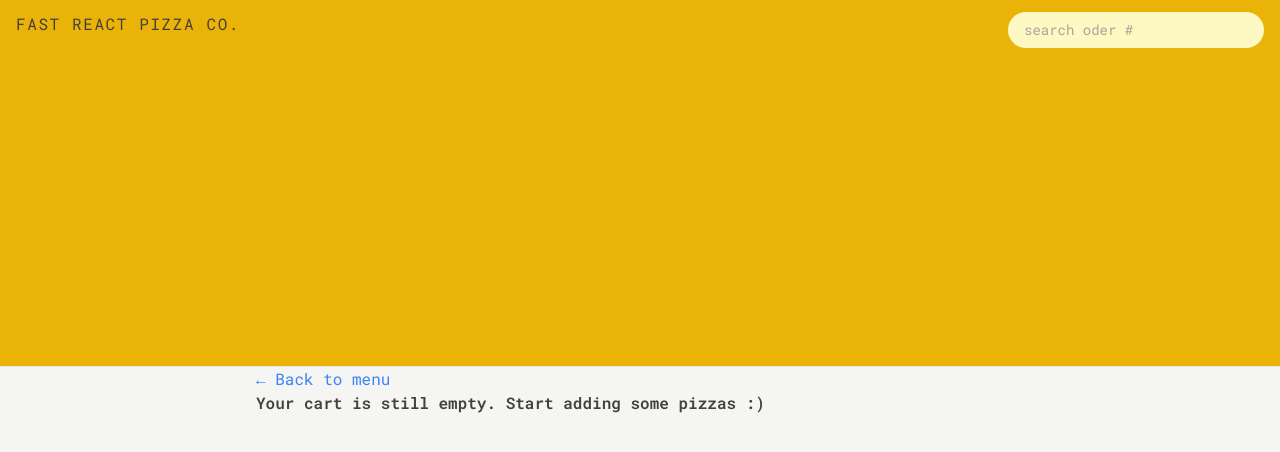
Repository: ayakhaled0001/pizza-delivery
Page: /cart
An editor plug-in stored every save of this project. The page is shown before and after the next save, followed by the edit.
The browser window is 1280 px wide. The pictures show the whole page.
The project was rebuilt for these pictures with package versions that can differ from the ones it lists, and the page was loaded fresh each time. Also part of the build but not shown: vite.config.js, src/ui/Button.jsx, src/features/user/UserName.jsx, src/features/user/CreateUser.jsx, src/ui/Home.jsx, src/services/apiRestaurant.jsx, src/utilities/helpers.jsx, src/features/menu/MenuItem.jsx and 7 more. Imported but missing from the stored project, and not drawn on this page: src/features/order/CreateOrder.

Above is the page before, as saved 2025-05-09 02:57:54.

### index.html
<!DOCTYPE html>
<html lang="en">
  <head>
    <meta charset="UTF-8" />
    <link rel="icon" type="image/svg+xml" href="/vite.svg" />
    <meta name="viewport" content="width=device-width, initial-scale=1.0" />
    <link rel="preconnect" href="https://fonts.googleapis.com" />
    <link rel="preconnect" href="https://fonts.gstatic.com" crossorigin />
    <link
      href="https://fonts.googleapis.com/css2?family=Roboto+Mono:ital,wght@0,100..700;1,100..700&display=swap"
      rel="stylesheet" />
    <title>fast react pizza</title>
  </head>
  <body class="bg-stone-100 text-stone-700">
    <div id="root"></div>
    <script type="module" src="/src/main.jsx"></script>
  </body>
</html>

### src/main.jsx
import { StrictMode } from "react";
import { createRoot } from "react-dom/client";
import App from "./App.jsx";
import "./index.css";
import { Provider } from "react-redux";
import store from "./store.js";

createRoot(document.getElementById("root")).render(
  <StrictMode>
    <Provider store={store}>
      <App />
    </Provider>
  </StrictMode>
);

### src/App.jsx
import { createBrowserRouter, RouterProvider } from "react-router-dom";
import Home from "./ui/Home";
import Menu, { loader as menuLoader } from "./features/menu/Menu";
import Cart from "./features/cart/Cart";
import CreateOrder, {
  action as CreateOrderAction,
} from "./features/order/CreateOrder";
import Order, { loader as orderLoader } from "./features/order/Order";
import AppLayout from "./ui/AppLayout";
import Error from "./ui/Error";
const router = createBrowserRouter([
  {
    element: <AppLayout />,
    children: [
      { path: "/", element: <Home /> },
      {
        path: "/menu",
        element: <Menu />,
        loader: menuLoader,
        errorElement: <Error />,
      },
      { path: "/cart", element: <Cart /> },
      {
        path: "/order/new",
        element: <CreateOrder />,
        action: CreateOrderAction,
      },
      {
        path: "/order/:orderId",
        element: <Order />,
        loader: orderLoader,
        errorElement: <Error />,
      },
    ],
  },
]);
function App() {
  return <RouterProvider router={router} />;
}

export default App;

### src/index.css
@tailwind base;
@tailwind components;
@tailwind utilities;

@layer components {
  .input {
    @apply rounded-full border
    border-stone-200
    px-4 py-2 text-sm transition-all
    duration-300 focus:outline-none
    focus:ring focus:ring-yellow-400
    md:px-5;
  }

  .loader {
    width: 45px;
    aspect-ratio: 0.75;
    --c: no-repeat linear-gradient(theme(colors.stone.700) 0 0);
    background: var(--c) 0% 50%, var(--c) 50% 50%, var(--c) 100% 50%;
    background-size: 20% 50%;
    animation: loading 1s infinite linear;
  }

  @keyframes loading {
    20% {
      background-position: 0% 0%, 50% 50%, 100% 50%;
    }
    40% {
      background-position: 0% 100%, 50% 0%, 100% 50%;
    }
    60% {
      background-position: 0% 50%, 50% 100%, 100% 0%;
    }
    80% {
      background-position: 0% 50%, 50% 50%, 100% 100%;
    }
  }
}

/* body {
  font-family: system-ui, -apple-system, BlinkMacSystemFont, "Segoe UI", Roboto,
    Oxygen, Ubuntu, Cantarell, "Open Sans", "Helvetica Neue", sans-serif;
  background-color: #f7f7f7;
  color: #444;
}

.layout {
  display: grid;
  grid-template-rows: auto 1fr auto;
  gap: 32px;
  height: 100dvh;
} */

/* https://dev.to/afif/i-made-100-css-loaders-for-your-next-project-4eje */

### src/store.js
import { configureStore } from "@reduxjs/toolkit";

import userReducer from "./features/user/userSlice";
import cartReducer from "./features/cart/cartSlice";
const store = configureStore({
  reducer: {
    user: userReducer,
    cart: cartReducer,
  },
});

export default store;

### src/features/cart/Cart.jsx
import { Link } from "react-router-dom";
import LinkButton from "../../ui/LinkButton";
import Button from "../../ui/Button";
import CartItem from "./CartItem";
import { useDispatch, useSelector } from "react-redux";
import { clearCart, getCart } from "./cartSlice";
import EmptyCart from "./EmptyCart";
const fakeCart = [
  {
    pizzaId: 12,
    name: "Mediterranean",
    quantity: 2,
    unitPrice: 16,
    totalPrice: 32,
  },
  {
    pizzaId: 6,
    name: "Vegetale",
    quantity: 1,
    unitPrice: 13,
    totalPrice: 13,
  },
  {
    pizzaId: 11,
    name: "Spinach and Mushroom",
    quantity: 1,
    unitPrice: 15,
    totalPrice: 15,
  },
];

function Cart() {
  const username = useSelector((state) => state.user.username);
  const cart = useSelector(getCart);
  const dispatch = useDispatch();

  if (!cart.length) return <EmptyCart />;
  return (
    <div className="px-4 py-4">
      <LinkButton to="/menu">&larr; Back to menu</LinkButton>

      <h2 className="mt-7 text-xl font-semibold">Your cart,{username}</h2>
      <ul className="divide-y divide-stone-200 border-b mt-3 ">
        {cart.map((item) => (
          <CartItem key={item.key} item={item} />
        ))}
      </ul>
      <div className="mt-6 space-x-2">
        <Button to="/order/new">Order pizzas</Button>
        {/* <Link>Order pizzas</Link> */}
        <Button onClick={() => dispatch(clearCart())}>Clear cart</Button>
      </div>
    </div>
  );
}

export default Cart;

### src/ui/AppLayout.jsx
import Header from "./Header";
import CartOverview from "../features/cart/CartOverview";
import { Outlet, useNavigation } from "react-router-dom";
import Loader from "./Loader";

function AppLayout() {
  const navigation = useNavigation();
  const isLoading = navigation.state === "loading";
  console.log(navigation.state);
  return (
    <div className="grid h-screen grid-row-[auto_1fr_auto]">
      {isLoading && <Loader />}

      <Header />
      <div className="">
        <main className="max-w-3xl mx-auto">
          <Outlet />
        </main>
      </div>
      <CartOverview />
    </div>
  );
}

export default AppLayout;

### src/features/user/userSlice.js
// function getPosition() {
//   return new Promise(function (resolve, reject) {
//     navigator.geolocation.getCurrentPosition(resolve, reject);
//   });
// }

import { createSlice } from "@reduxjs/toolkit";

// async function fetchAddress() {
//   // 1) We get the user's geolocation position
//   const positionObj = await getPosition();
//   const position = {
//     latitude: positionObj.coords.latitude,
//     longitude: positionObj.coords.longitude,
//   };

//   // 2) Then we use a reverse geocoding API to get a description of the user's address, so we can display it the order form, so that the user can correct it if wrong
//   const addressObj = await getAddress(position);
//   const address = `${addressObj?.locality}, ${addressObj?.city} ${addressObj?.postcode}, ${addressObj?.countryName}`;

//   // 3) Then we return an object with the data that we are interested in
//   return { position, address };
// }

const initialState = {
  username: "",
};

const userSlice = createSlice({
  name: "user",
  initialState,
  reducers: {
    updateName(state, action) {
      state.username = action.payload;
    },
  },
});

export const { updateName } = userSlice.actions;

export default userSlice.reducer;

### src/features/cart/cartSlice.js
import { createSlice } from "@reduxjs/toolkit";

const initialState = {
  cart: [],
};

const cartSlice = createSlice({
  name: "cart",
  initialState,
  reducers: {
    addItem(state, action) {
      // payload :newitem
      state.cart.push(action.payload);
    },
    deleteItem(state, action) {
      //payload id of the pizza item
      state.cart = state.cart.filter((item) => item.pizzaId !== action.payload);
    },
    increaseItemQuantity(state, action) {
      // payload = id
      const item = state.cart.find((item) => item.pizzaId === action.payload);
      item.quantity++;
      item.totalPrice = item.quantity * item.unitPrice;
    },
    decreaseItemQuantity(state, action) {
      // payload = id
      const item = state.cart.find((item) => item.pizzaId === action.payload);
      item.quantity--;
      item.totalPrice = item.quantity * item.unitPrice;
    },
    clearCart(state) {
      state.cart = [];
    },
  },
});

export const {
  addItem,
  deleteItem,
  increaseItemQuantity,
  decreaseItemQuantity,
  clearCart,
} = cartSlice.actions;

export default cartSlice.reducer;
export const getTotalCartQuantity = (state) =>
  state.cart.cart.reduce((sum, item) => sum + item.quantity, 0);

export const getTotalCartPrice = (state) =>
  state.cart.cart.reduce((sum, item) => sum + item.totalPrice, 0);

// reselect library to look into

export const getCart = (state) => state.cart.cart;

### src/ui/LinkButton.jsx
import { Link, useNavigate } from "react-router-dom";

function LinkButton({ children, to }) {
  const navigate = useNavigate();
  if (to === -1)
    return (
      <button
        onClick={() => navigate(-1)}
        className="tex-sm text-blue-500 hover:text-blue-700 hover:underline">
        {children}
      </button>
    );
  return (
    <Link
      to={to}
      className="tex-sm text-blue-500 hover:text-blue-700 hover:underline">
      {children}
    </Link>
  );
}

export default LinkButton;

### src/features/cart/EmptyCart.jsx
import LinkButton from "../../ui/LinkButton";

function EmptyCart() {
  return (
    <div className="">
      <LinkButton to="/menu">&larr; Back to menu</LinkButton>

      <p className="font-semibold">
        Your cart is still empty. Start adding some pizzas :)
      </p>
    </div>
  );
}

export default EmptyCart;

### src/ui/Header.jsx
import { Link } from "react-router-dom";
import SearchOrder from "../features/order/SearchOrder.jsx";
import UserName from "../features/user/UserName.jsx";

function Header() {
  return (
    <header className=" flex justify-between bg-yellow-500 px-4 py-3 uppercase border-b border-stone-200">
      <Link to="/" className="tracking-widest">
        Fast React Pizza Co.
      </Link>
      <SearchOrder />
      <UserName />
    </header>
  );
}

export default Header;

### src/features/order/SearchOrder.jsx
import { useState } from "react";
import { useNavigate } from "react-router-dom";

function SearchOrder() {
  const [query, setQuery] = useState("");
  const navigate = useNavigate();
  function handleSubmit(e) {
    e.preventDefault();
    if (!query) return;
    navigate(`/order/${query}`);
    setQuery("");
  }
  return (
    <form onSubmit={handleSubmit}>
      <input
        placeholder="search oder #"
        value={query}
        onChange={(e) => setQuery(e.target.value)}
        className="duration-300 sm:w-64 focus:outline-none focus:ring
         focus:ring-yellow-500 focus:ring-opacity-50  sm:focus:w-72 transition-all w-28
         bg-yellow-100 rounded-full px-4 py-2 text-sm placeholder:text-stone-400"
      />
    </form>
  );
}

export default SearchOrder;

### tailwind.config.js
/** @type {import('tailwindcss').Config} */
export default {
  content: ["./index.html", "./src/**/*.{js,jsx,ts,tsx}"],
  theme: {
    fontFamily: {
      sans: "Roboto Mono , monospace",
    },
    extend: {
      fontSize: {
        huge: ["80rem", { lineHeight: "1" }],
      },
      height: {
        screen: "100dvh",
      },
    },
  },
  plugins: [],
};

After the next save:
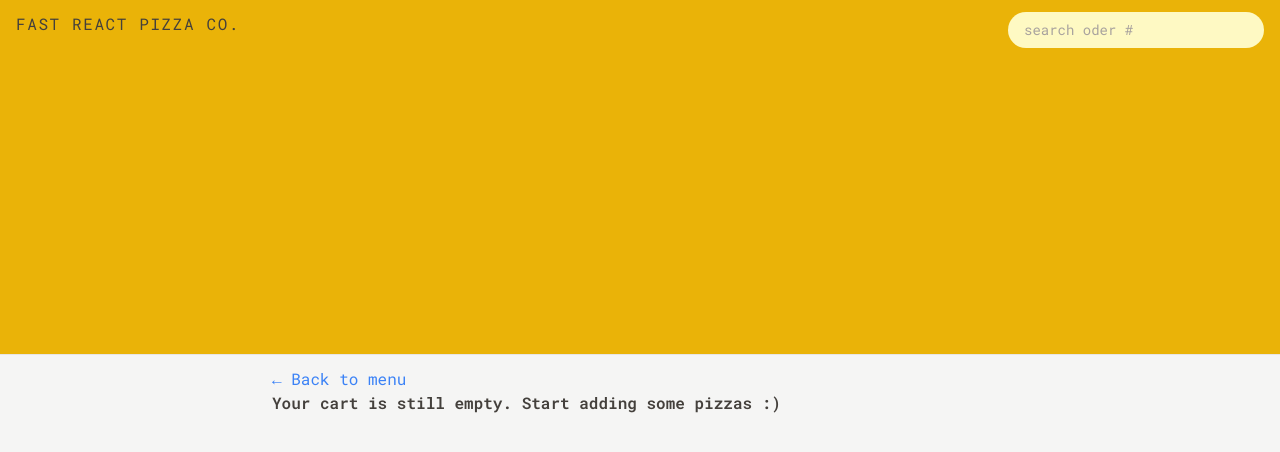
Saved 9 s later.
--- a/src/features/cart/EmptyCart.jsx
+++ b/src/features/cart/EmptyCart.jsx
@@ -2,7 +2,7 @@ import LinkButton from "../../ui/LinkButton";
 
 function EmptyCart() {
   return (
-    <div className="">
+    <div className="px-4 py-3">
       <LinkButton to="/menu">&larr; Back to menu</LinkButton>
 
       <p className="font-semibold">
